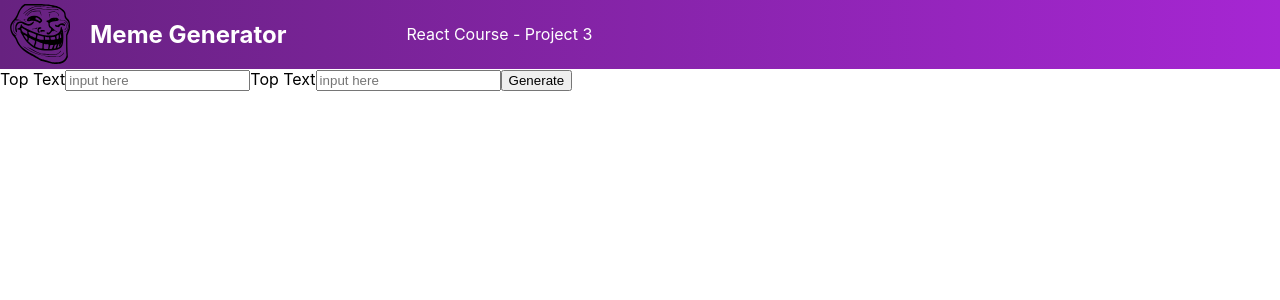
Repository: mortiestmorty1/meme-generator-react
Page: /
An editor plug-in stored every save of this project. The page is shown before and after the next save, followed by the edit.
The browser window is 1280 px wide. The pictures show the whole page.
The project was rebuilt for these pictures with package versions that can differ from the ones it lists, and the page was loaded fresh each time.

Above is the page before, as saved 2024-01-17 19:12:36.

### src/index.css
body {
  margin: 0;
  font-family: -apple-system, BlinkMacSystemFont, 'Segoe UI', 'Roboto', 'Oxygen',
    'Ubuntu', 'Cantarell', 'Fira Sans', 'Droid Sans', 'Helvetica Neue',
    sans-serif;
  -webkit-font-smoothing: antialiased;
  -moz-osx-font-smoothing: grayscale;
}

code {
  font-family: source-code-pro, Menlo, Monaco, Consolas, 'Courier New',
    monospace;
}
* {
  box-sizing: border-box;
  }

### src/App.js
import logo from './logo.svg';
import './App.css';
import React from "react";
import Navbar from "./components/Navbar";
import Inputs from "./components/inputs";
function App() {
  return (
    <div className="App">
      <Navbar />
      <Inputs />
    </div>
  );
}

export default App;

### src/App.css
.nav-container {
  display: flex;
  justify-content: space-between;
  align-items: center;
  background: linear-gradient(to right, #672280,#A626D3);
  }
  .image{
    width: 60px;
    height: 60px;
    margin-left: 10px;
  }
  .navbar{
    display: flex;
    justify-content: space-around;
    align-items: center;
    margin-right: 10px;
    color: white;
  }
  .navbar h1{
    margin-right: 20px;
    margin-left: 20px;
  }
  .info{
    margin-left: 100px;
  }

### src/components/Navbar.js
import React from "react";
import Troll from "./Troll-Face.svg";
import "../App.css";
function Navbar(){
    return(
        <div className="nav-container">
            <nav className="navbar">
                <img src={Troll} className="image" alt="Troll Face" />
                <h1>Meme Generator</h1>
                <section className="info">
                    <p>React Course - Project 3</p>
                </section>
            </nav>
        </div>
    )
}

export default Navbar;

### src/components/inputs.js
import React from "react";
import "../App.css";

function Inputs(){
    return(
        <div className="inputs-container">
            <form className="inputs">
                <label className="top">Top Text</label>
                <input  className="topinput" type="text" placeholder="input here" />
                <label className="bottom">Top Text</label>
                <input className="bottominput" type="text" placeholder="input here" />
                <button>Generate</button>
            </form>
        </div>
    )
}

export default Inputs;

Loaded but not shown: public/index.html (common file); src/index.js (common file); src/reportWebVitals.js (common file)

After the next save:
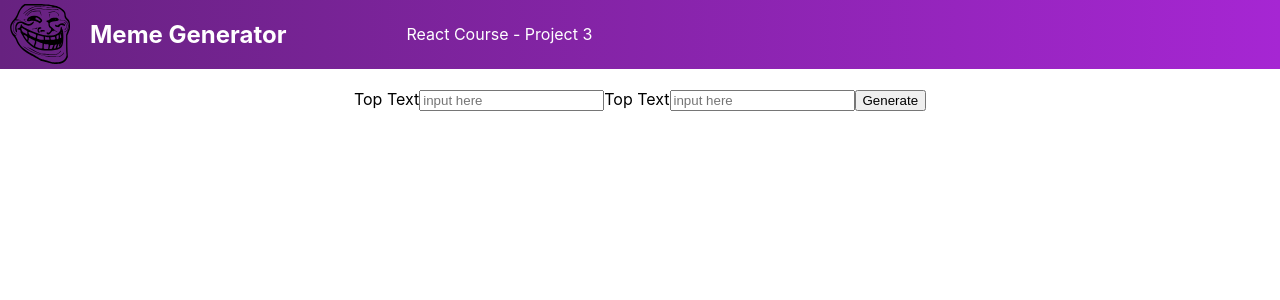
Saved 83 s later.
--- a/src/App.css
+++ b/src/App.css
@@ -23,3 +23,9 @@
   .info{
     margin-left: 100px;
   }
+  .inputs-container{
+    display: flex;
+    justify-content: space-around;
+    align-items: center;
+    margin-top: 20px;
+  }
